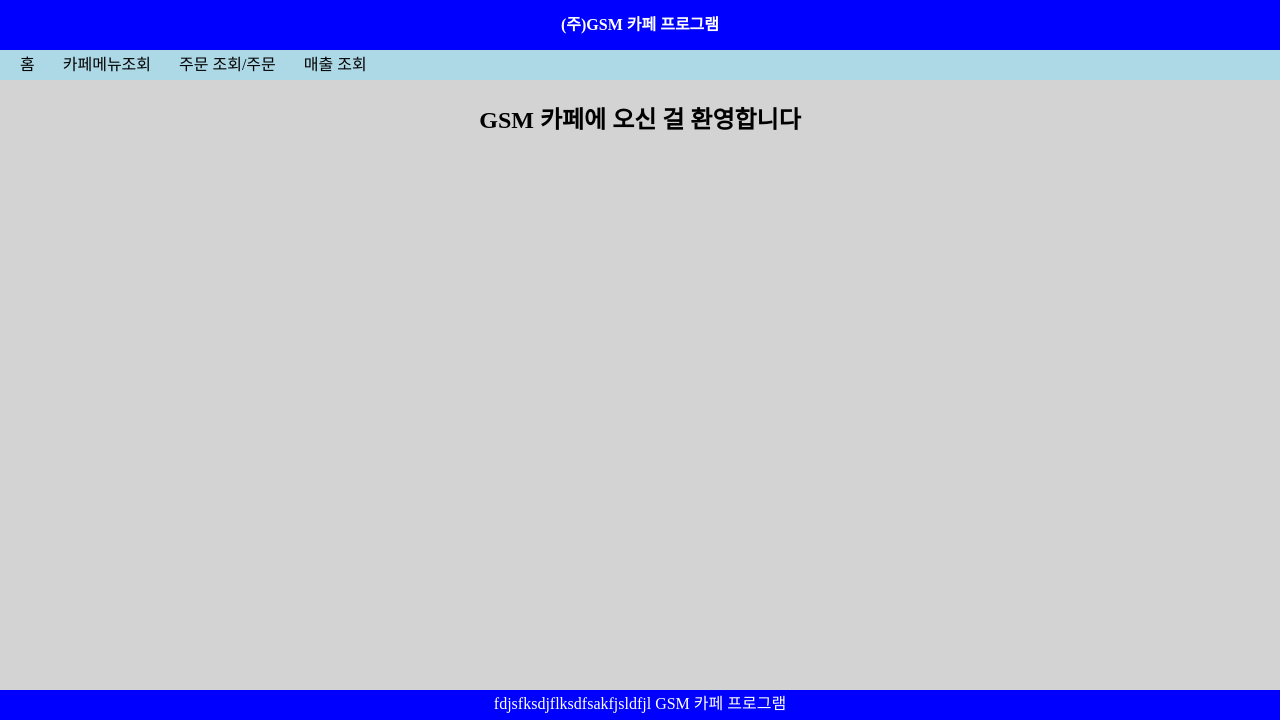
Repository: jiye-stingray/JSP
Page: http://localhost/Cafe/index.jsp
These files come from the project's save history. The page is drawn as it stood at one moment and after the next save; the edit follows.
The browser window is 1280 px wide. The pictures show the whole page.
The page is served by Tomcat 9. Other server files are loaded and not shown.

Above is the page before, as saved 2022-09-22 11:02:11.

### WithMIRA/Cafe/src/main/webapp/index.jsp
<%@ page language="java" contentType="text/html; charset=UTF-8"
    pageEncoding="UTF-8"%>
<!DOCTYPE html>
<html>
<head>
<meta charset="UTF-8">
<title>Insert title here</title>
</head>

<body>
<jsp:include page="header.jsp"></jsp:include>

<section style = "position: fixed; left: 0; width:100%; height: 100%; top:80px; background-color: lightgray" >
<h2 style ="text-align: center;">GSM 카페에 오신 걸 환영합니다</h2>
<p></p>

</section>

<jsp:include page="footer.jsp"></jsp:include>
</body>
</html>

### WithMIRA/Cafe/src/main/webapp/header.jsp
<%@ page language="java" contentType="text/html; charset=UTF-8"
    pageEncoding="UTF-8"%>
<!DOCTYPE html>
<html>
<head>
<meta charset="UTF-8">
<title>Insert title here</title>
</head>
<body>
<header style = "position:fixed; top: 0; left:0; width: 100%; height: 50px; text-align: center;
line-height: 50px; background-color: blue; color: white;">
<b> (주)GSM 카페 프로그램 </b>
</header>

<nav style = "position: fixed; top: 50px; left:0; height: 30px; width: 100%; line-height: 30px; background-color: lightblue;
padding-left: 20px">
홈 &nbsp; &nbsp; &nbsp;
카페메뉴조회 &nbsp; &nbsp; &nbsp;
주문 조회/주문 &nbsp; &nbsp; &nbsp;
매출 조회 &nbsp; &nbsp; &nbsp;

</nav>
</body>
</html>

### WithMIRA/Cafe/src/main/webapp/footer.jsp
<%@ page language="java" contentType="text/html; charset=UTF-8"
    pageEncoding="UTF-8"%>
<!DOCTYPE html>
<html>
<head>
<meta charset="UTF-8">
<title>Insert title here</title>
</head>
<body>

<footer style = "position: fixed; bottom: 0; width:100%; height: 30px; text-align: center; left:0; background-color: blue; color: white;">
fdjsfksdjflksdfsakfjsldfjl GSM 카페 프로그램
</footer>

</body>
</html>

After the next save:
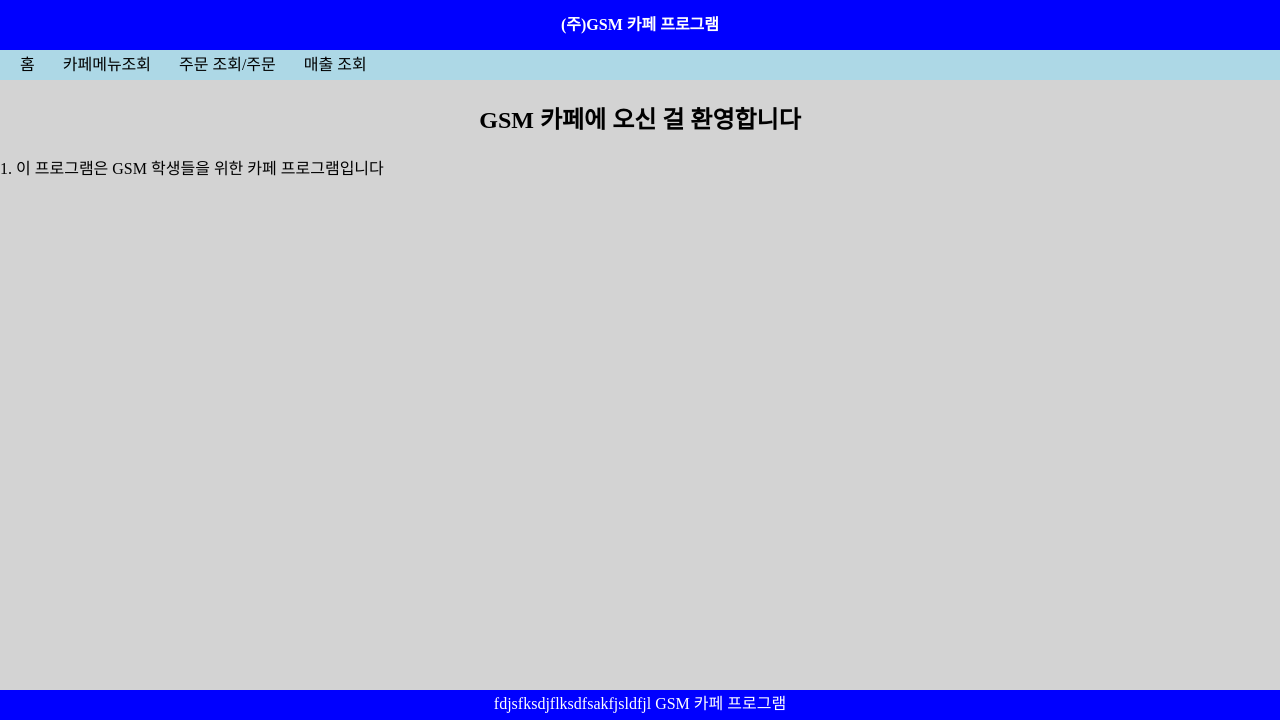
Saved 23 s later.
--- a/WithMIRA/Cafe/src/main/webapp/index.jsp
+++ b/WithMIRA/Cafe/src/main/webapp/index.jsp
@@ -12,7 +12,10 @@
 
 <section style = "position: fixed; left: 0; width:100%; height: 100%; top:80px; background-color: lightgray" >
 <h2 style ="text-align: center;">GSM 카페에 오신 걸 환영합니다</h2>
-<p></p>
+<p>
+1. 이 프로그램은 GSM 학생들을 위한 카페 프로그램입니다
+
+</p>
 
 </section>
 
